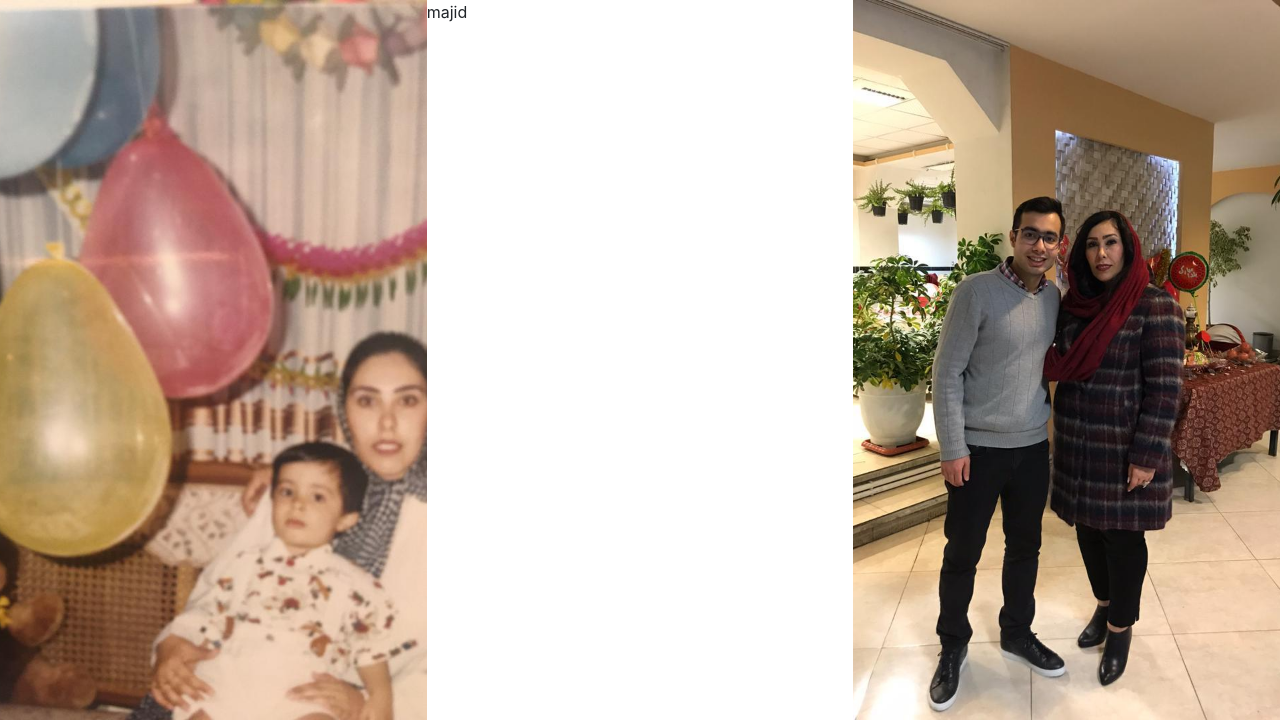
Repository: mirfarzam/mirfarzam.github.io
Page: khalelila/index.html
An editor plug-in stored every save of this project. The page is shown before and after the next save, followed by the edit.
The browser window is 1280 px wide. The pictures show the whole page.

Above is the page before, as saved 2020-04-30 21:15:04.

After the next save:
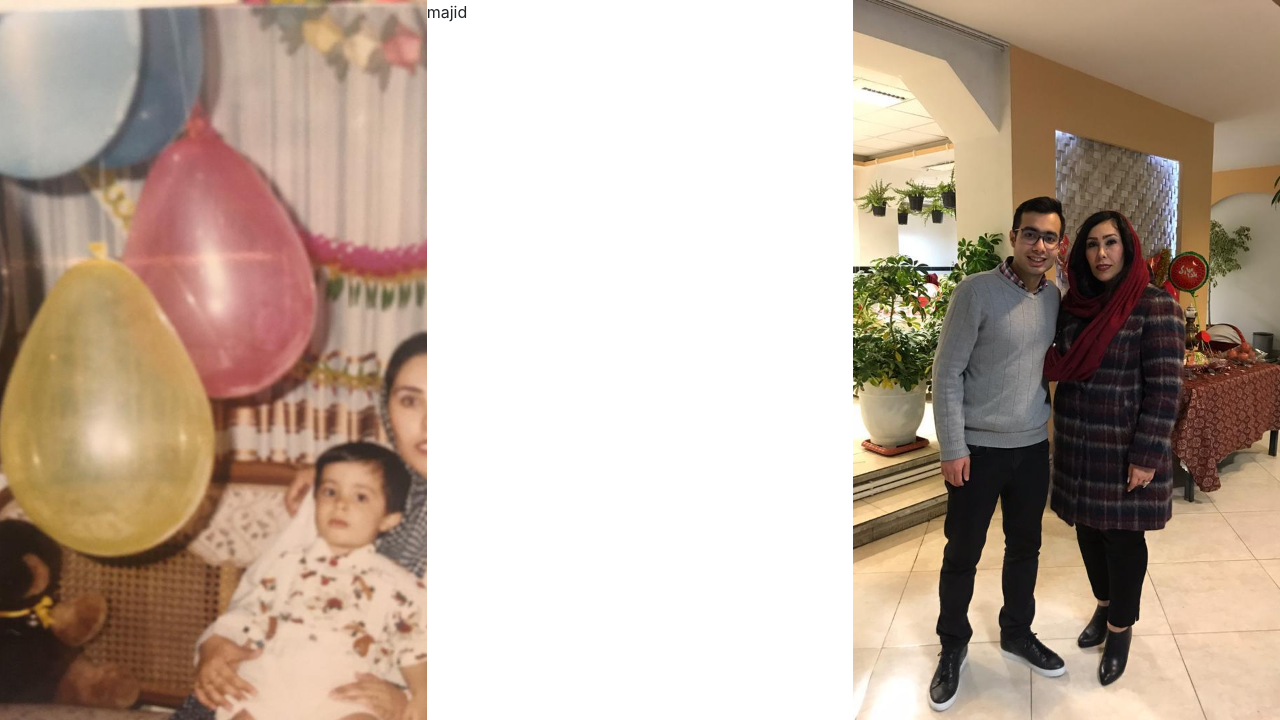
Saved 36 s later.
--- a/khalelila/index.html
+++ b/khalelila/index.html
@@ -40,7 +40,7 @@ body{
 <body>
 <section class="container-fluid maincontrainer">
     <div class="row">
-        <div class="col-sm-4"><img style=" object-position: -100px;" src="old.jpeg"></div>
+        <div class="col-sm-4"><img style="" src="old.jpeg"></div>
         <div class="col-sm-4">majid</div>
         <div class="col-sm-4"><img src="new.jpeg"></div>
     </div>
